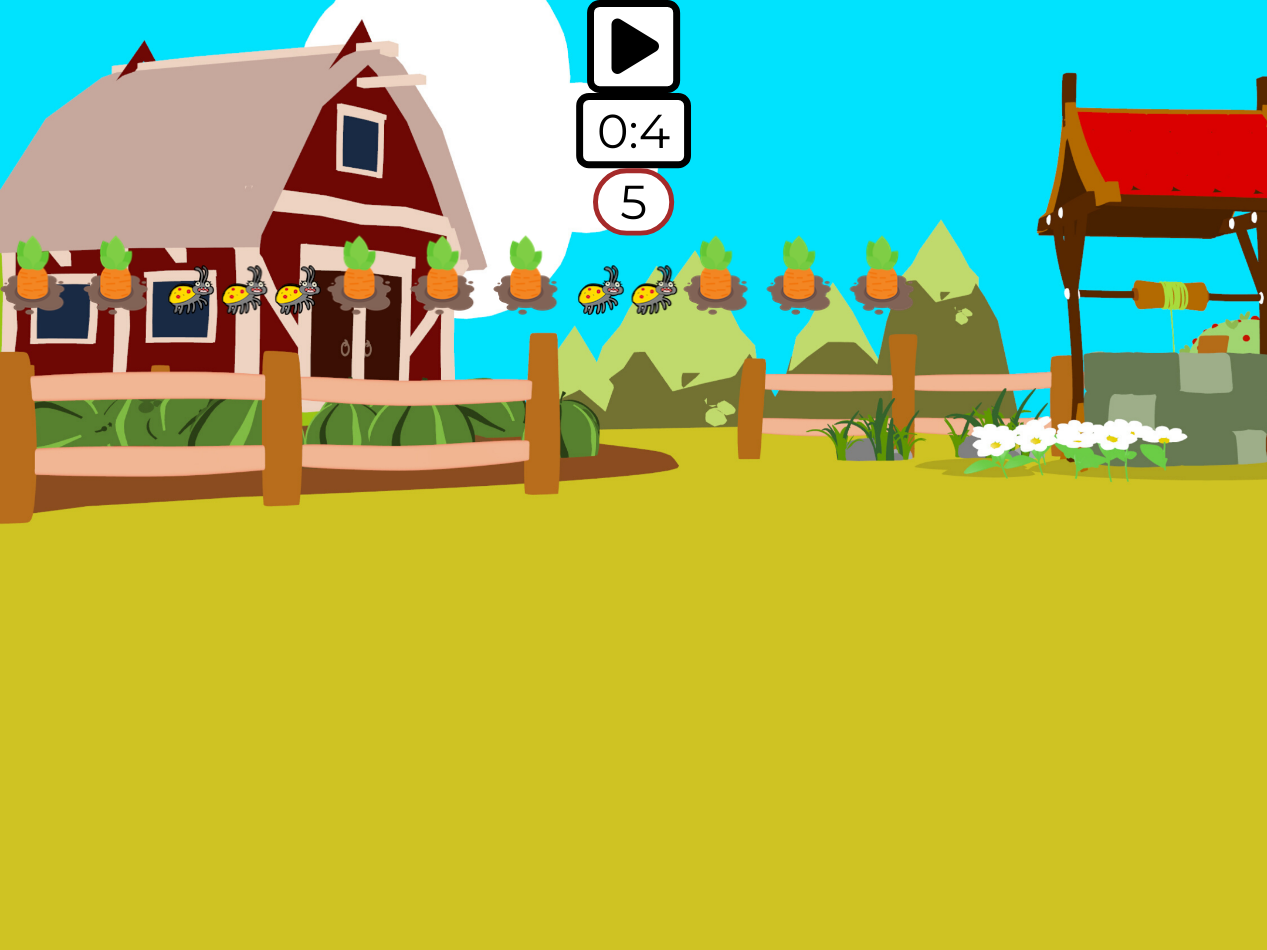
Repository: sephinejo/Mini-carrot-game
Page: index.html
An editor plug-in stored every save of this project. The page is shown before and after a run of saves, followed by the edit.
The browser window is 1280 px wide. The pictures show the whole page, at 99% of full size.
Some web fonts or font styles are not loaded; a fallback is used. Some web libraries are served in a nearby version.

Above is the page before, as saved 2023-05-14 21:42:05.

After the next 2 saves:
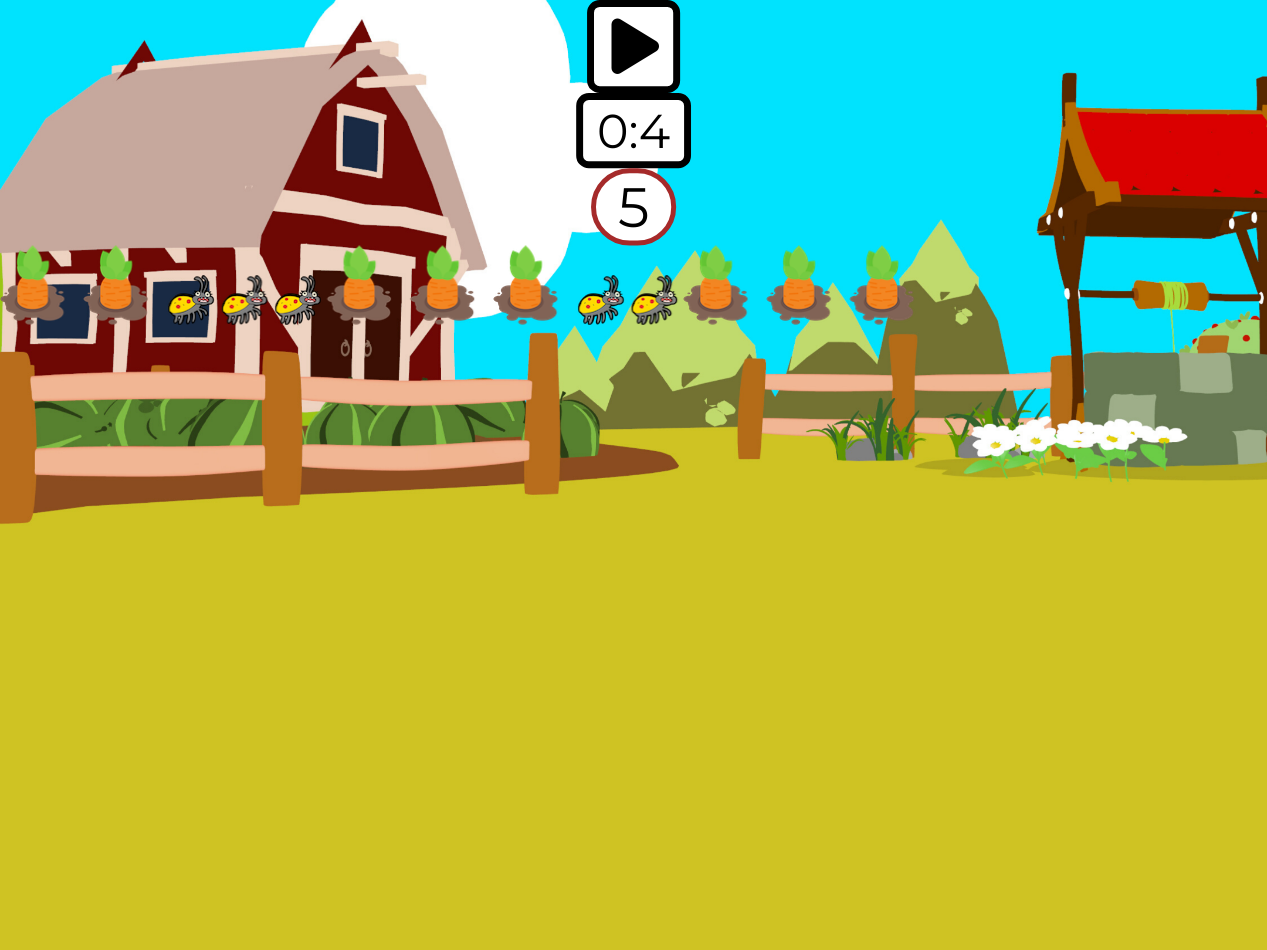
The 2 saves are shown as one change because they came seconds apart.
The last was saved 9 s later.
--- a/style.css
+++ b/style.css
@@ -38,7 +38,7 @@ body {
 
 .info__counter {
   font-family: Montserrat;
-  font-size: 3rem;
+  font-size: 3.5rem;
   border: 0.35rem solid brown;
   border-radius: 10rem;
   background-color: white;
